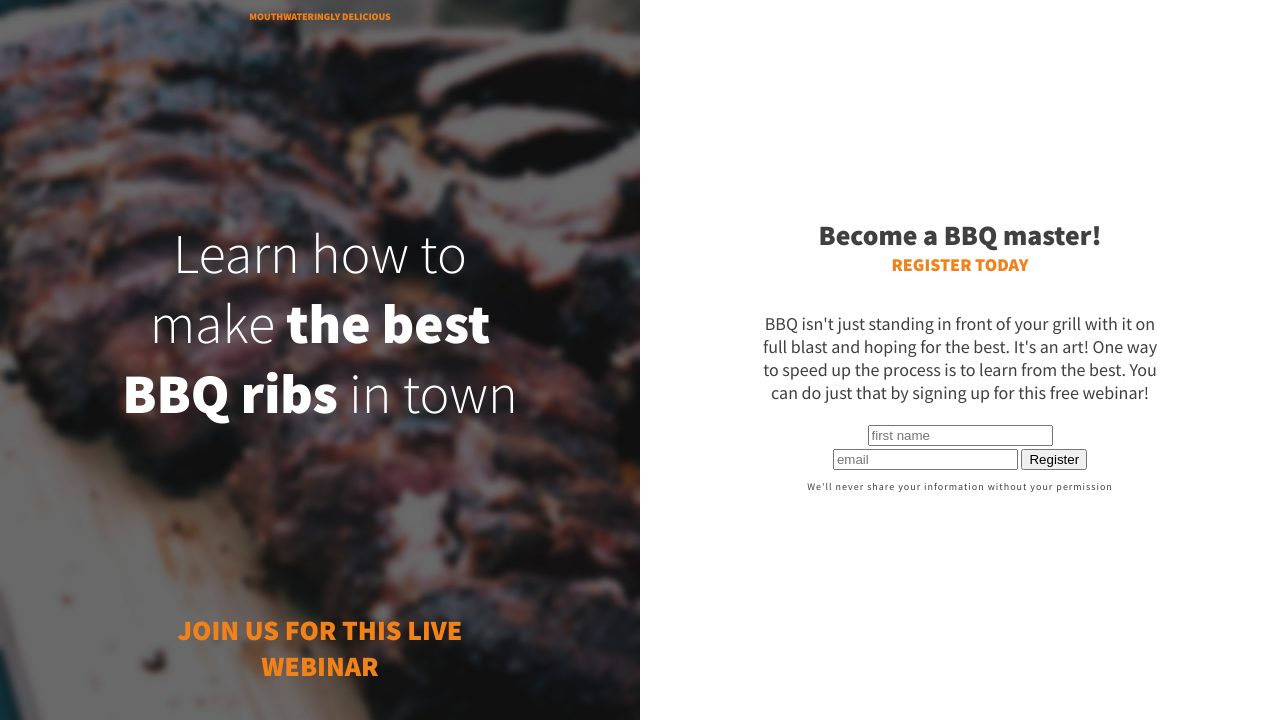
Repository: Doumham-Armah/BBQ-landing-page
Page: index.html
The author's editor kept a copy of each file at every save. The page is drawn from the files as they stood at one save, then again after the next save.
The browser window is 1280 px wide. The pictures show the whole page.

Above is the page before, as saved 2021-09-04 21:28:10.

### index.html
<!DOCTYPE html>
<html lang="en">
  <head>
    <link
      href="https://fonts.googleapis.com/css?family=Source+Sans+Pro:300,400,900&display=swap"
      rel="stylesheet"
    />
    <link href="styles.css" rel="stylesheet" />

    <title>BBQ Page</title>
  </head>

  <body>
    <section class="intro">
      <p class="top-text">Mouthwateringly delicious</p>
      <h1>Learn how to make <strong>the best BBQ ribs</strong> in town</h1>
      <p>Join us for this live webinar</p>
    </section>

    <section class="main-content">
      <h2>Become a BBQ master!</h2>
      <p>Register Today</p>
      <p>
        BBQ isn't just standing in front of your grill with it on full blast and
        hoping for the best. It's an art! One way to speed up the process is to
        learn from the best. You can do just that by signing up for this free
        webinar!
      </p>
      <form class="email-collector" action="#">
        <input type="text" placeholder="first name" required />
        <input type="email" placeholder="email" required />
        <button type="submit" class="btn btn-register">Register</button>
      </form>

      <p class="fine-print">
        We'll never share your information without your permission
      </p>
    </section>
  </body>
</html>

### styles.css
/*  font-family: 'Source Sans Pro', sans-serif;  */

* {
  box-sizing: border-box;
}

body {
  margin: 0;
  font-family: "Source Sans Pro", sans-serif;
  font-size: 1rem;
  color: #404040;
  text-align: center;
}

/* =================
 Typography
 ================= */

h1 {
  font-size: 2.25rem;
  font-weight: 300;
  color: #fff;
  margin: 0;
}

h1 + p {
  color: #f18119;
  font-weight: 900;
  font-size: 1.3125rem;
  text-transform: uppercase;
  margin: 0;
}

h2 {
  font-size: 1.3125rem;
  margin: 0;
}

h2 + p {
  font-weight: 900;
  color: #f18119;
  margin-top: 0;
  text-transform: uppercase;
}

.top-text {
  font-size: 0.625rem;
  color: #f18119;
  font-weight: 900;
  text-transform: uppercase;
  order: -1;
}

.fine-print {
  font-size: 0.625rem;
  letter-spacing: 1px;
}

strong {
  font-weight: 900;
}

/* =================
 Intro section
 ================= */

.intro {
  background-image: url(images/dark-ribs.jpg);
  background-size: cover;
  background-color: #404040;
  background-position: center;
  padding: 0 0.5em 2em;
  display: flex;
  flex-direction: column;
  justify-content: space-between;
  min-height: 50vh;
}

/* =================
 main-content section
 ================= */

.main-content {
  padding: 2em 1em;
}

.intro > *,
.main-content > * {
  max-width: 400px;
  margin-left: auto;
  margin-right: auto;
}

/* =================
   form
   ================= */

.email-collector {
  width: 80%;
  max-width: 300px;
}

/* =================
 media queries
 ================= */

@media (min-width: 500px) {
  body {
    font-size: 1.125rem;
    display: flex;
  }

  h1 {
    font-size: 3.5rem;
  }

  h2,
  h1 + p {
    font-size: 1.75rem;
  }

  .intro,
  .main-content {
    width: 50%;
    min-height: 100vh;
  }

  .main-content {
    display: flex;
    flex-direction: column;
    justify-content: center;
  }
}

After the next save:
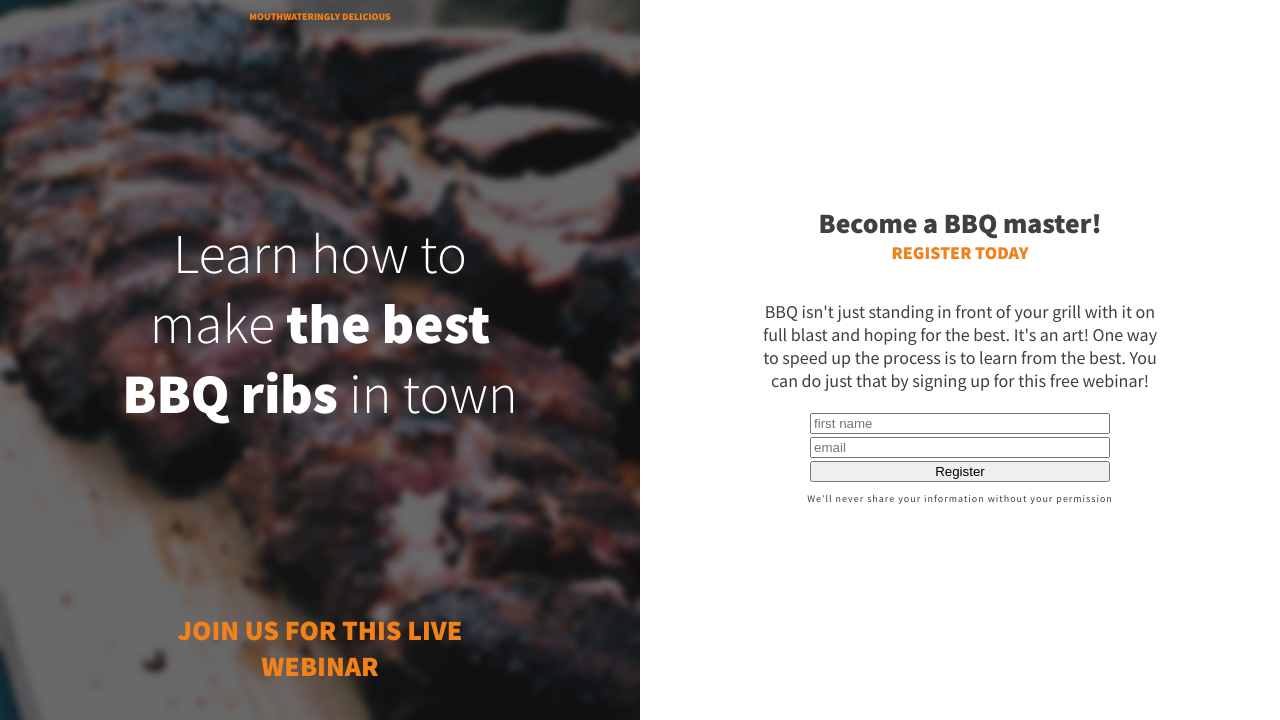
Saved 49 s later.
--- a/styles.css
+++ b/styles.css
@@ -100,6 +100,11 @@ strong {
   max-width: 300px;
 }
 
+input,
+.btn {
+  width: 100%;
+}
+
 /* =================
  media queries
  ================= */
